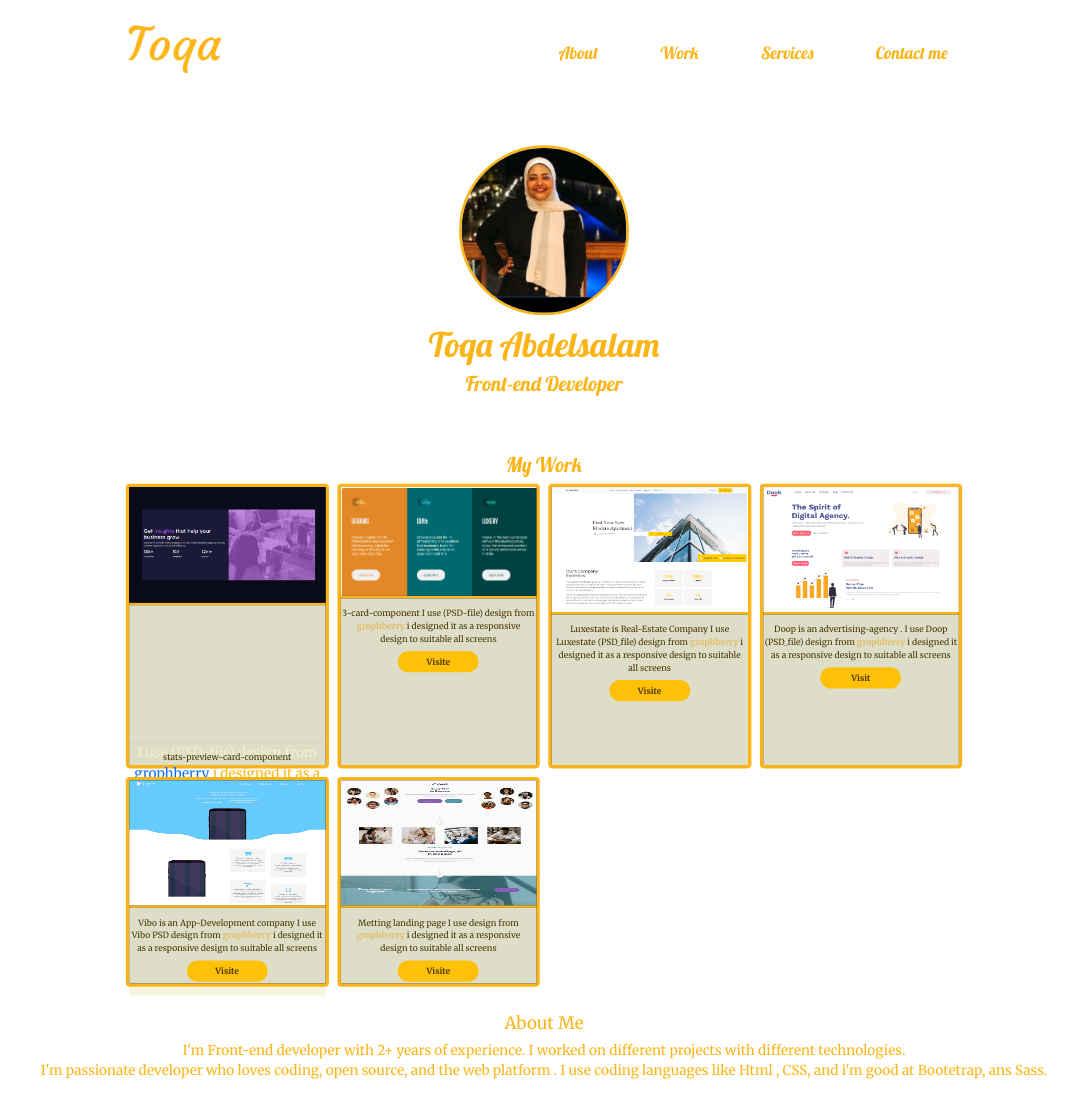
Repository: Toqa-25/portfolio
Page: index.html
The author's editor kept a copy of each file at every save. The page is drawn from the files as they stood at one save, then again after the next save.
The browser window is 1280 px wide. The pictures show the whole page, at 85% of full size.
Some web fonts or font styles are not loaded; a fallback is used.

Above is the page before, as saved 2021-10-31 18:15:07.

After the next save:
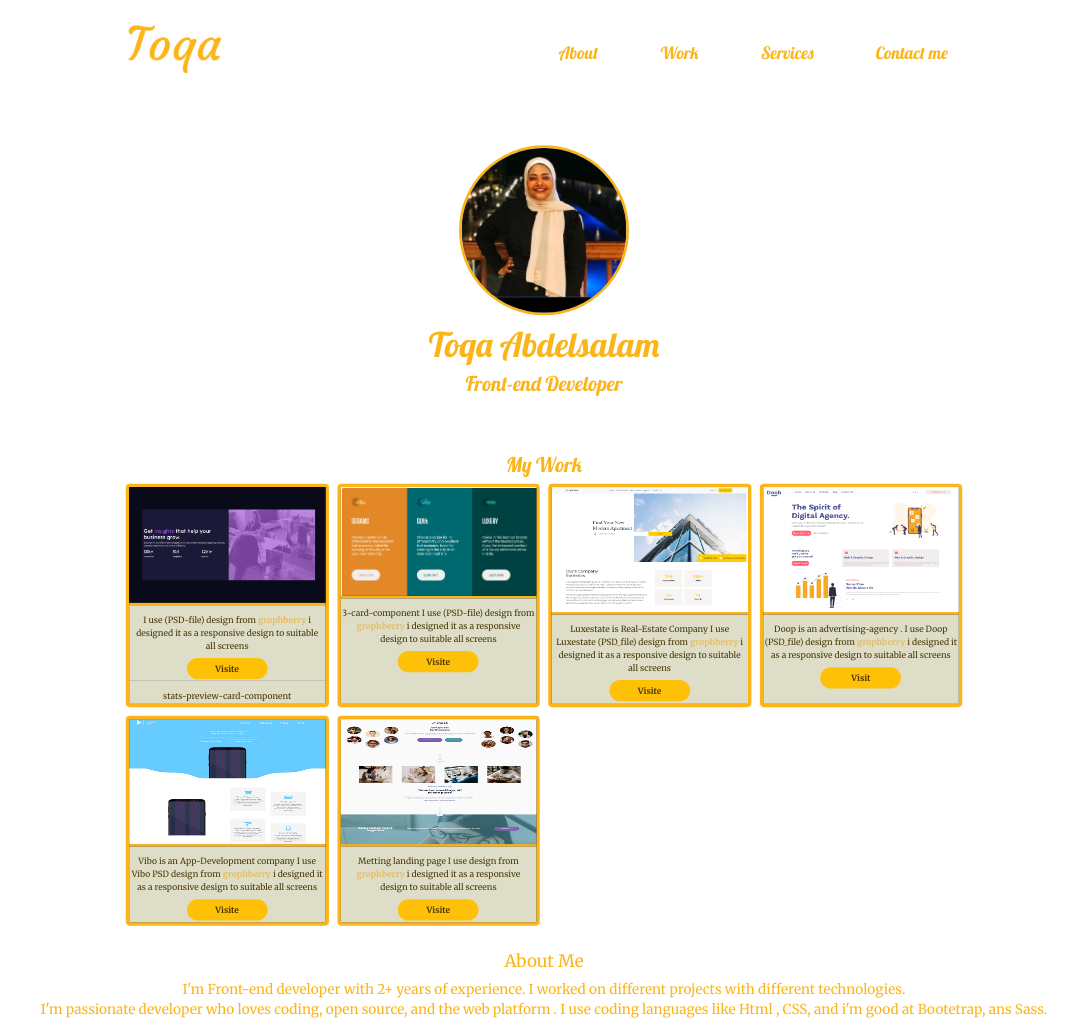
Saved 8 s later.
--- a/index.html
+++ b/index.html
@@ -75,7 +75,7 @@
           <img src="images/toqa-25.github.io_stats-preview-card-component-main_.png" alt="">
         </div>
         <div class="card-info">
-          <p class="card-inf-text"></p>  I use  (PSD-file) design from <span> <a href="https://www.frontendmentor.io/">grophberry</a></span>
+          <p class="card-inf-text"> I use  (PSD-file) design from <span> <a href="https://www.frontendmentor.io/">grophberry</a></span>
         i designed it as a responsive design to suitable all screens <br>
         <button><a href="https://toqa-25.github.io/stats-preview-card-component-main/">Visite</a></button>
       </p>
